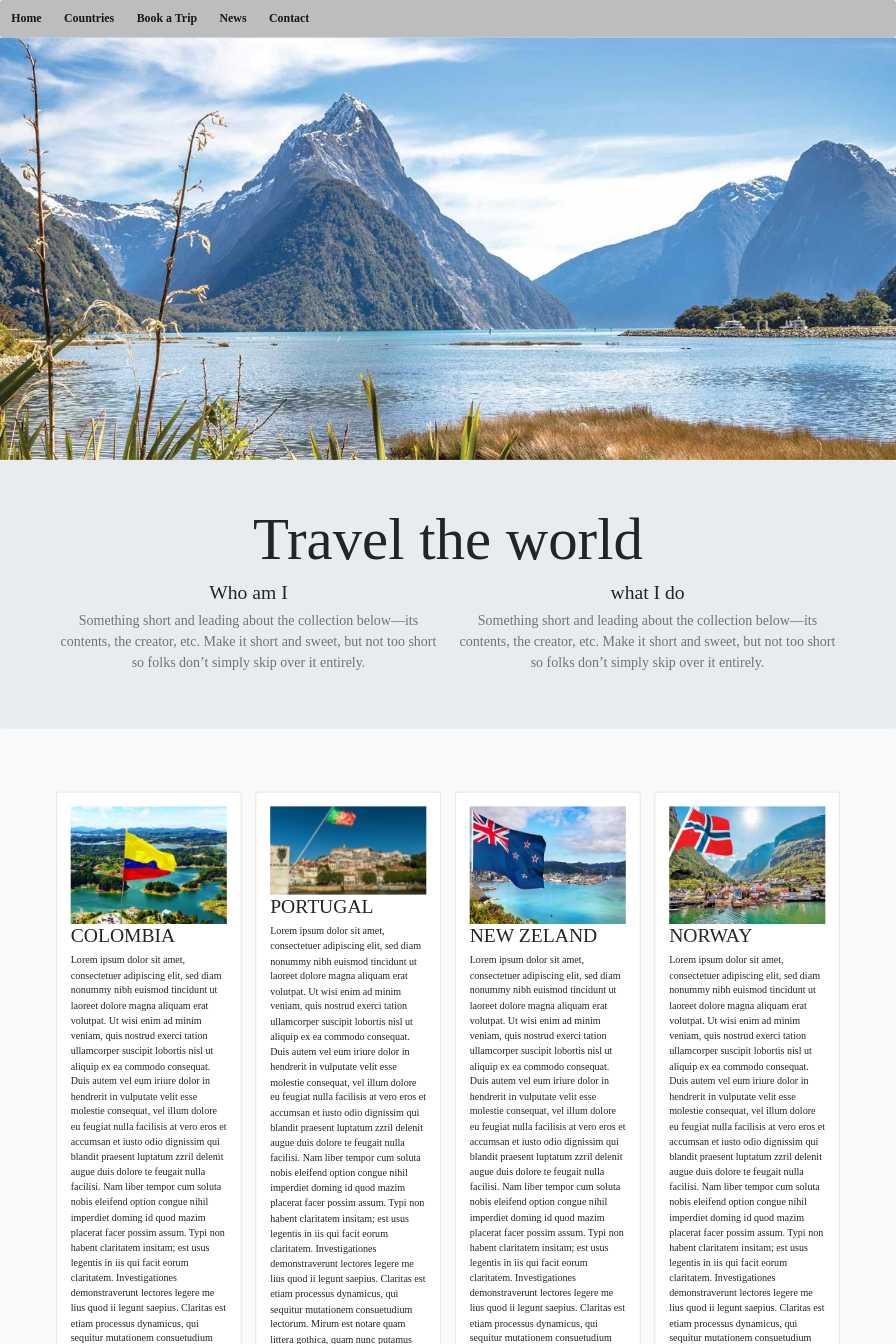
Repository: cachimiro/javaScript-project
Page: index.html
The author's editor kept a record of every edit. The page is drawn from the files as they stood at one moment, then again after the next edit.
The browser window is 1280 px wide. The pictures show the part of the page from y = 0 to 1920 px (the page is 3573 px tall), at 70% of full size.

Above is the page before.

After the next edit:
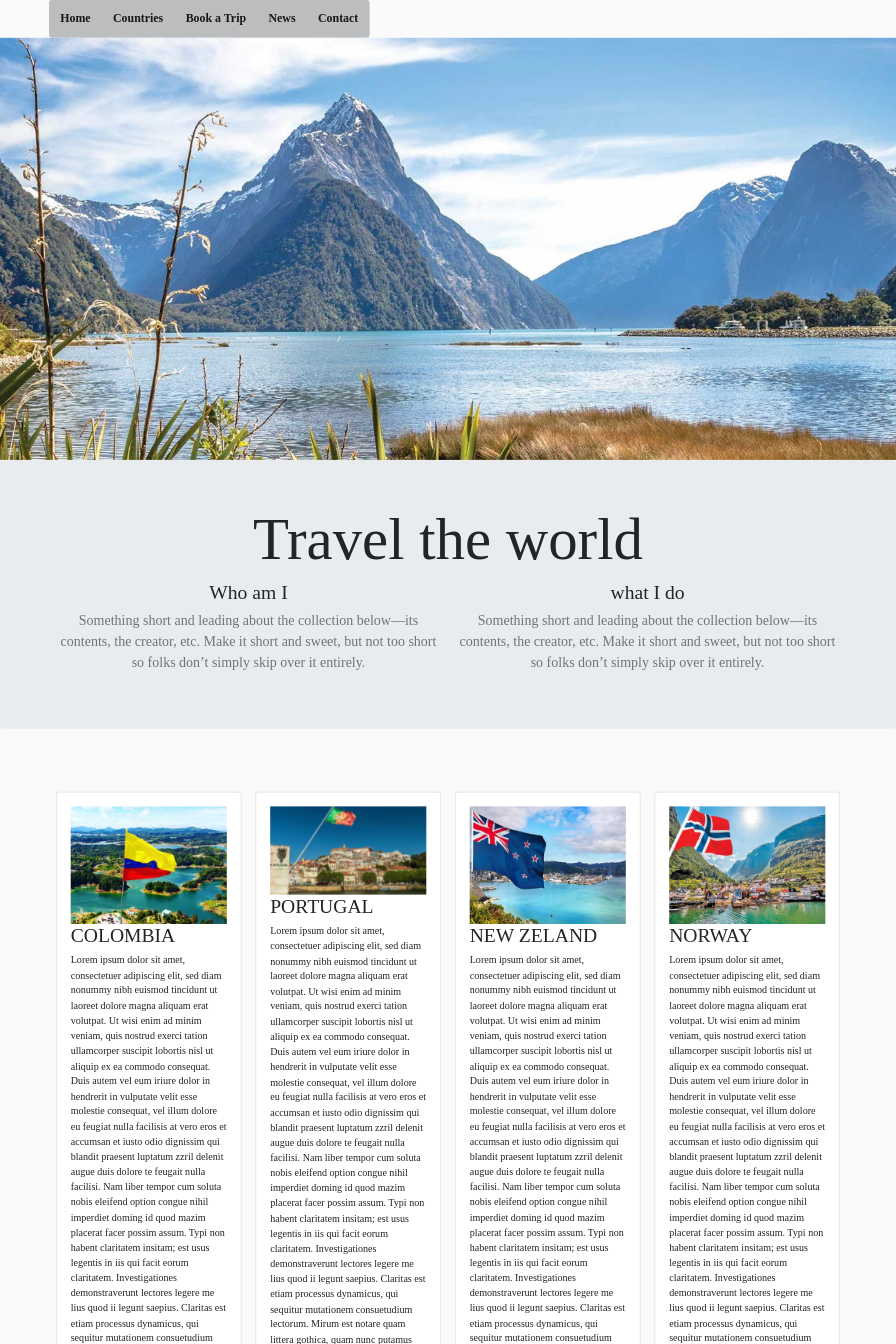
The edit:
--- a/index.html
+++ b/index.html
@@ -18,7 +18,8 @@
 
 <body>
 	<header>
-		<div class="container"></div>
+		<div class="container">
+			<div class="row">
 		<div id="navbar">
 			<a href="#">Home</a>
 			<a href="#">Countries</a>
